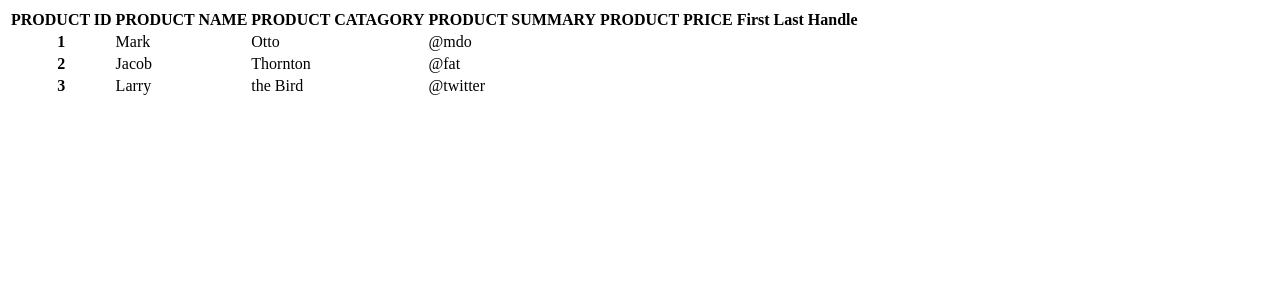
Repository: sukantg-007/Servlet-Examples
Page: http://localhost/webapp17/showproduct.jsp
The author's editor kept a copy of each file at every save. The page is drawn from the files as they stood at one save, then again after the next save.
The browser window is 1280 px wide. The pictures show the whole page.
The page is served by Tomcat 9.

Above is the page before, as saved 2021-11-14 07:51:09.

After the next save:
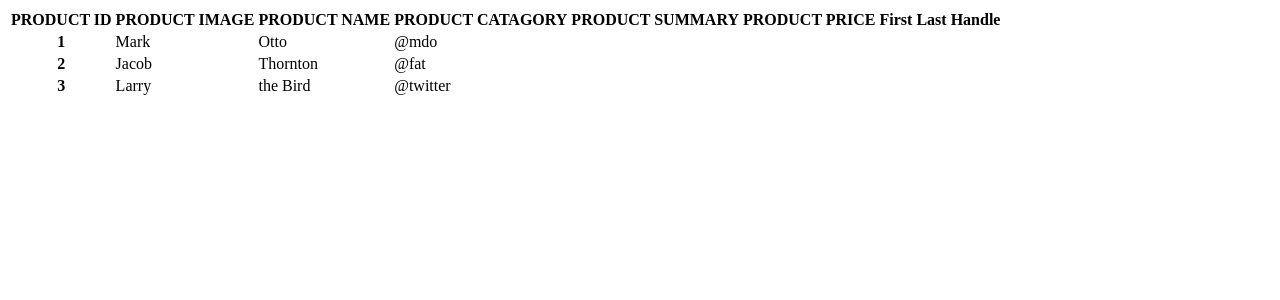
Saved 45 s later.
--- a/webapp17/WebContent/showproduct.jsp
+++ b/webapp17/WebContent/showproduct.jsp
@@ -13,10 +13,12 @@
   <thead class="thead-dark">
     <tr>
       <th scope="col">PRODUCT ID</th>
+      <th scope="col">PRODUCT IMAGE</th>
       <th scope="col">PRODUCT NAME</th>
       <th scope="col">PRODUCT CATAGORY</th>
       <th scope="col">PRODUCT SUMMARY</th>
       <th scope="col">PRODUCT PRICE</th>
+
       <th scope="col">First</th>
       <th scope="col">Last</th>
       <th scope="col">Handle</th>
